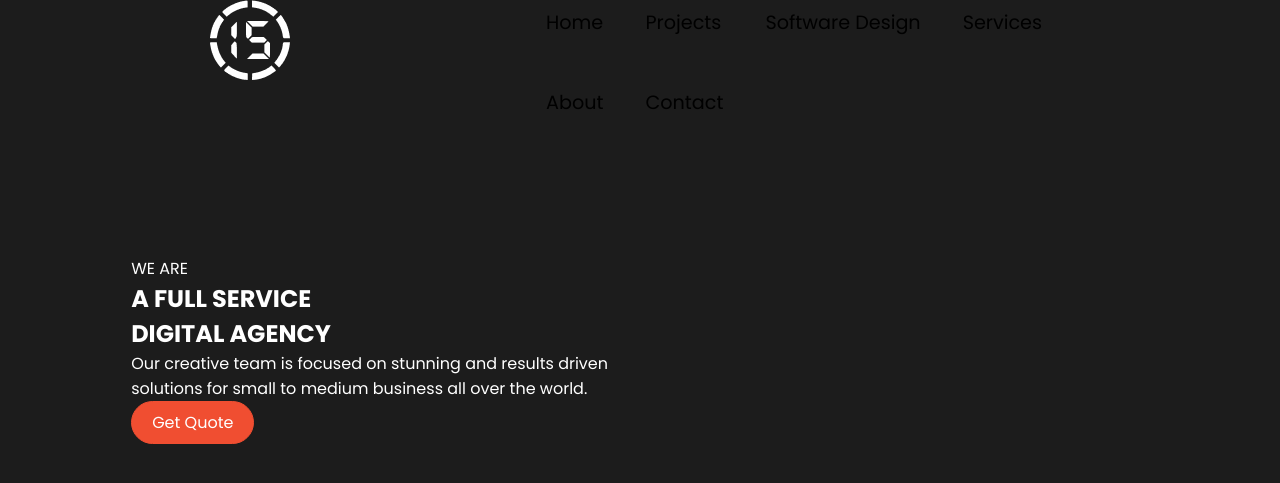
Repository: gopalpurohit54/one5
Page: /
The author's editor kept a copy of each file at every save. The page is drawn from the files as they stood at one save, then again after the next save.
The browser window is 1280 px wide. The pictures show the whole page.
The project was rebuilt for these pictures with package versions that can differ from the ones it lists, and the page was loaded fresh each time.

Above is the page before, as saved 2021-06-11 14:26:10.

After the next save:
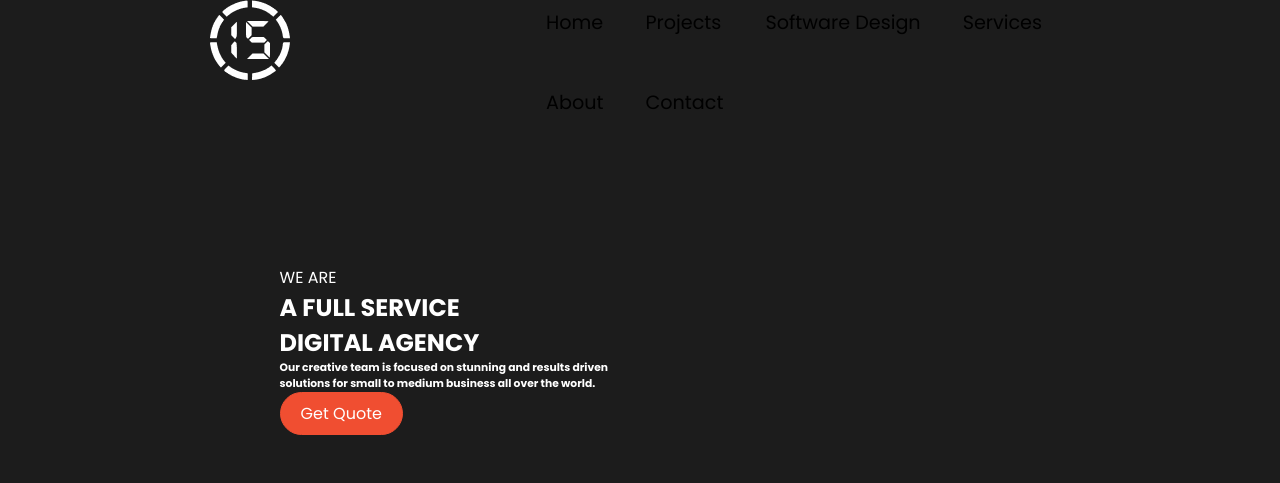
Saved 88 s later.
--- a/src/components/HeroSection.js
+++ b/src/components/HeroSection.js
@@ -61,8 +61,8 @@
                     <p>WE ARE</p>
                     <h1>A FULL SERVICE <br/>
                     DIGITAL AGENCY</h1>
-                    <p>Our creative team is focused on stunning and results driven <br/>
-                    solutions for small to medium business all over the world.</p>
+                    <h6>Our creative team is focused on stunning and results driven <br/>
+                    solutions for small to medium business all over the world.</h6>
                     <div className='hero-btn'>
                     <Button className='btn' buttonStyle='btn--primary'>Get Quote</Button>
                     </div>

After the save that followed:
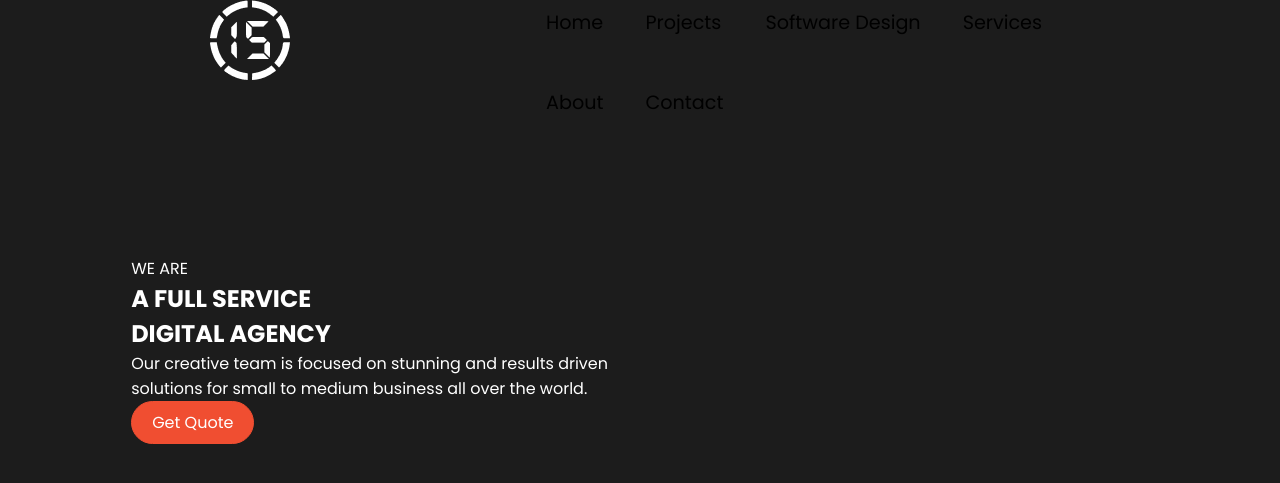
Saved 37 s later.
--- a/src/components/HeroSection.js
+++ b/src/components/HeroSection.js
@@ -61,8 +61,8 @@
                     <p>WE ARE</p>
                     <h1>A FULL SERVICE <br/>
                     DIGITAL AGENCY</h1>
-                    <h6>Our creative team is focused on stunning and results driven <br/>
-                    solutions for small to medium business all over the world.</h6>
+                    <p className = 'hero-desc'>Our creative team is focused on stunning and results driven <br/>
+                    solutions for small to medium business all over the world.</p>
                     <div className='hero-btn'>
                     <Button className='btn' buttonStyle='btn--primary'>Get Quote</Button>
                     </div>
